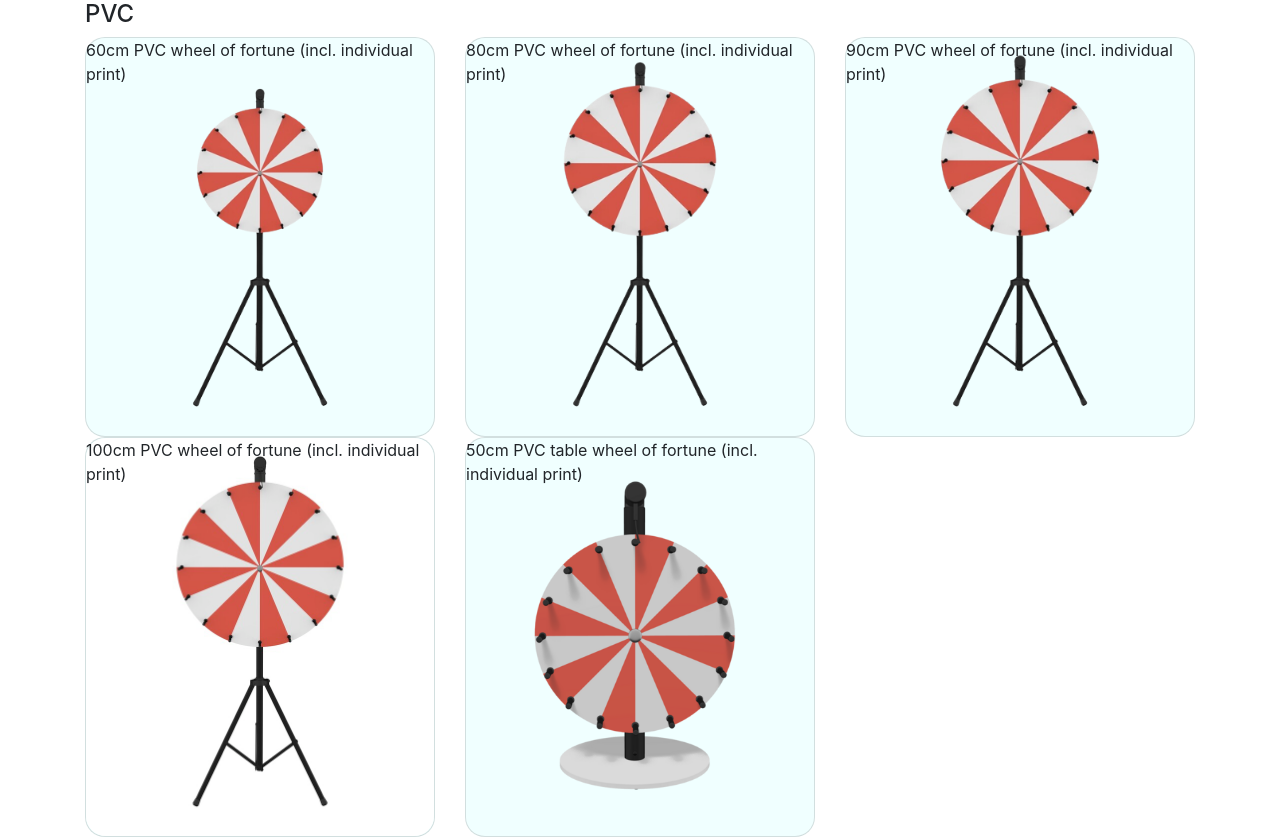
Repository: Awaisp-irfan/fahad-project
Page: pvc.html
An editor plug-in stored every save of this project. The page is shown before and after the next save, followed by the edit.
The browser window is 1280 px wide. The pictures show the whole page.

Above is the page before, as saved 2022-06-30 08:20:24.

After the next save:
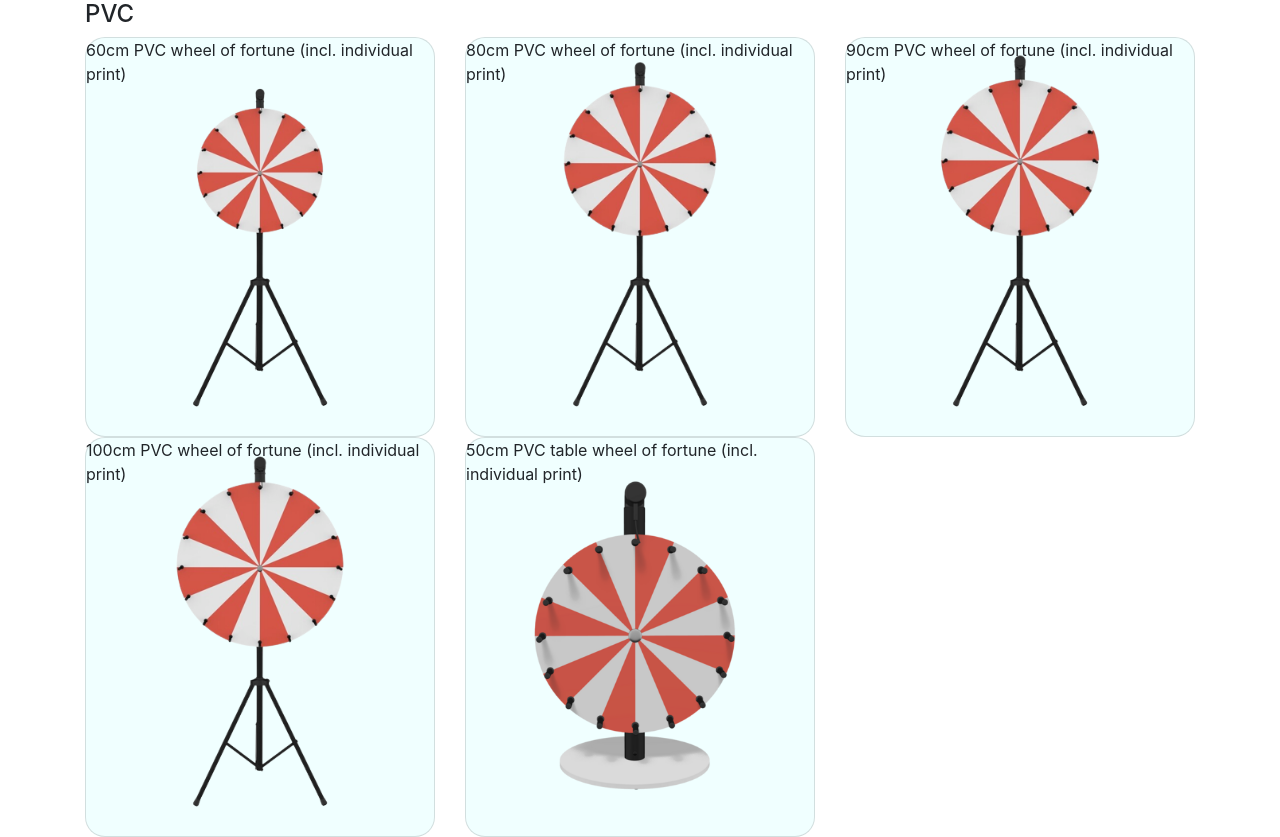
Saved 14 s later.
--- a/style.css
+++ b/style.css
@@ -63,7 +63,7 @@
     border-radius: 20px;
 }
 .cm100{
-    background: url(./assests/100cm\ PVC.jpg);
+    background: url(./assests/100cm_PVC-removebg-preview.png);
 
     background-size: cover;
     background-position: center;
